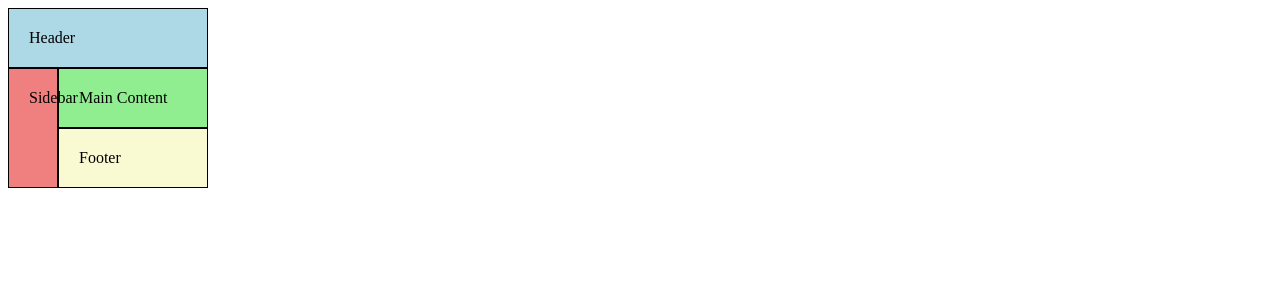
Repository: gustavotwist/desafio-grid
Page: assets/index.html
The author's editor kept a copy of each file at every save. The page is drawn from the files as they stood at one save, then again after the next save.
The browser window is 1280 px wide. The pictures show the whole page.

Above is the page before, as saved 2024-08-13 18:55:34.

### assets/index.html
<!DOCTYPE html>
<html lang="pt-BR">
<head>
    <meta charset="UTF-8">
    <meta name="viewport" content="width=device-width, initial-scale=1.0">
    <title>Desafio Grid</title>
    <link rel="stylesheet" href="css/style.css">
</head>
<body>
    <div class="container">
        <header>Header</header>
        <main class="content">Main Content</main>
        <aside>Sidebar</aside>
        <footer>Footer</footer>
    </div>

</body>
</html>

### assets/css/style.css
/** {
    padding: 0;
    margin:;
}*/


.container {
    display: grid;
    height: 100%;
    grid-template-columns: 50px 50px 50px 50px;
    grid-template-rows: auto 1fr auto;
    grid-template-areas:
        "header header header header"
        "sidebar main main main"
        "sidebar footer footer footer";
}

header {
    grid-area: header;
    background-color: lightblue;
}
main {
    grid-area: main;
    background-color: lightgreen;
}
aside {
    grid-area: sidebar;
    background-color: lightcoral;
}
footer {
    grid-area: footer;
    background-color: lightgoldenrodyellow;
}

/* Apenas para melhor visualização */
header, main, aside, footer {
    padding: 20px;
    border: 1px solid #000;
}

After the next save:
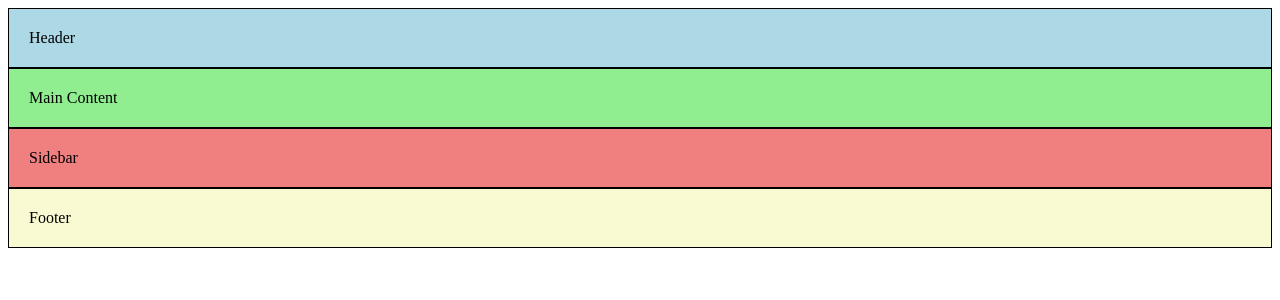
Saved 4 s later.
--- a/assets/css/style.css
+++ b/assets/css/style.css
@@ -3,6 +3,7 @@
     margin:;
 }*/
 
+ht
 
 .container {
     display: grid;

After the save that followed:
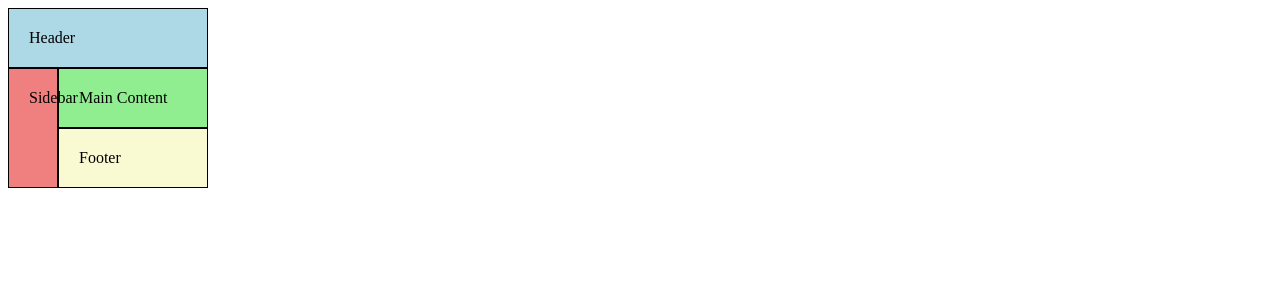
Saved 4 s later.
--- a/assets/css/style.css
+++ b/assets/css/style.css
@@ -3,7 +3,7 @@
     margin:;
 }*/
 
-ht
+html
 
 .container {
     display: grid;
